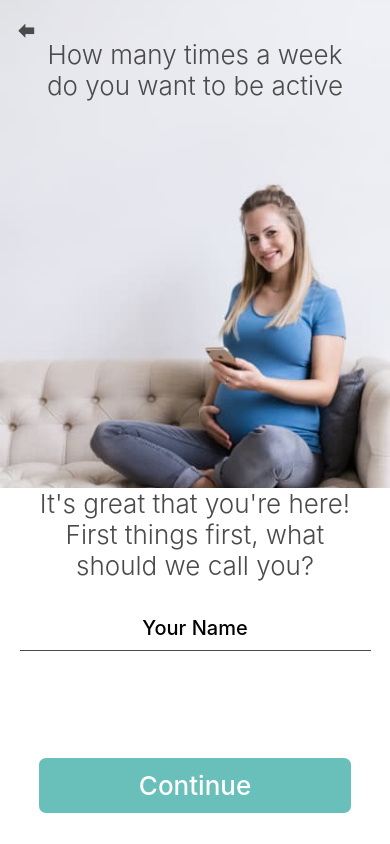
Repository: pheonixlegend/keleya
Screen: /Name
These files come from the project's save history. The screen is drawn as it stood at one moment and after the next save; the edit follows.
The app was drawn by React Native's web renderer in a window 390 px wide. The project was rebuilt for these pictures with package versions that can differ from the ones it lists, and the page was loaded fresh each time. Also part of the build but not shown: components/ImageHeader.tsx, components/LoginSignupDetails.tsx, screens/SignUp.tsx, screens/SignIn.tsx, screens/Date.tsx, screens/Workout.tsx, screens/Success.tsx.

Above is the screen before, as saved 2021-10-10 13:35:54.

After the next save:
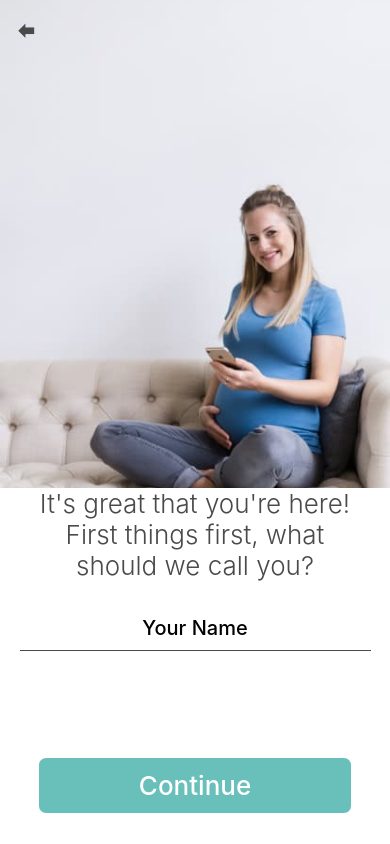
Saved 3 min 30 s later.
--- a/components/NameTimeDetails.tsx
+++ b/components/NameTimeDetails.tsx
@@ -13,12 +13,13 @@
 
   return (
     <View>
-      <Text style={[styles.titleText, screenType == "workoutScreen" ? { display: 'none' }
+      <Text style={[styles.titleText, screenType == "nameScreen" || "dateScreen"? { display: 'none' }
             : { display: 'flex' }]}>
           How many times a week do you want to be active
       </Text>
       <View style={styles.centeredView}>
-        <Text style={styles.subText}>
+        <Text style={[styles.subText, screenType == "nameScreen" || "dateScreen"? { display: 'flex' }
+            : { display: 'none' }]}>
           {screenType == "nameScreen" ? 'It\'s great that you\'re here! First things first, what should we call you?'
            : 'When is your baby due, Sam?'}</Text>
 

After the save that followed:
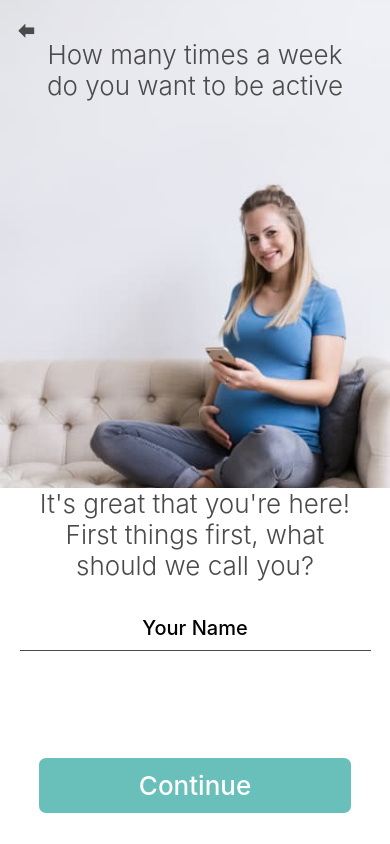
Saved 3 min 3 s later.
--- a/components/NameTimeDetails.tsx
+++ b/components/NameTimeDetails.tsx
@@ -13,7 +13,7 @@
 
   return (
     <View>
-      <Text style={[styles.titleText, screenType == "nameScreen" || "dateScreen"? { display: 'none' }
+      <Text style={[styles.titleText, screenType == "nameScreen" || "dateScreen"? { display: 'flex' }
             : { display: 'flex' }]}>
           How many times a week do you want to be active
       </Text>
